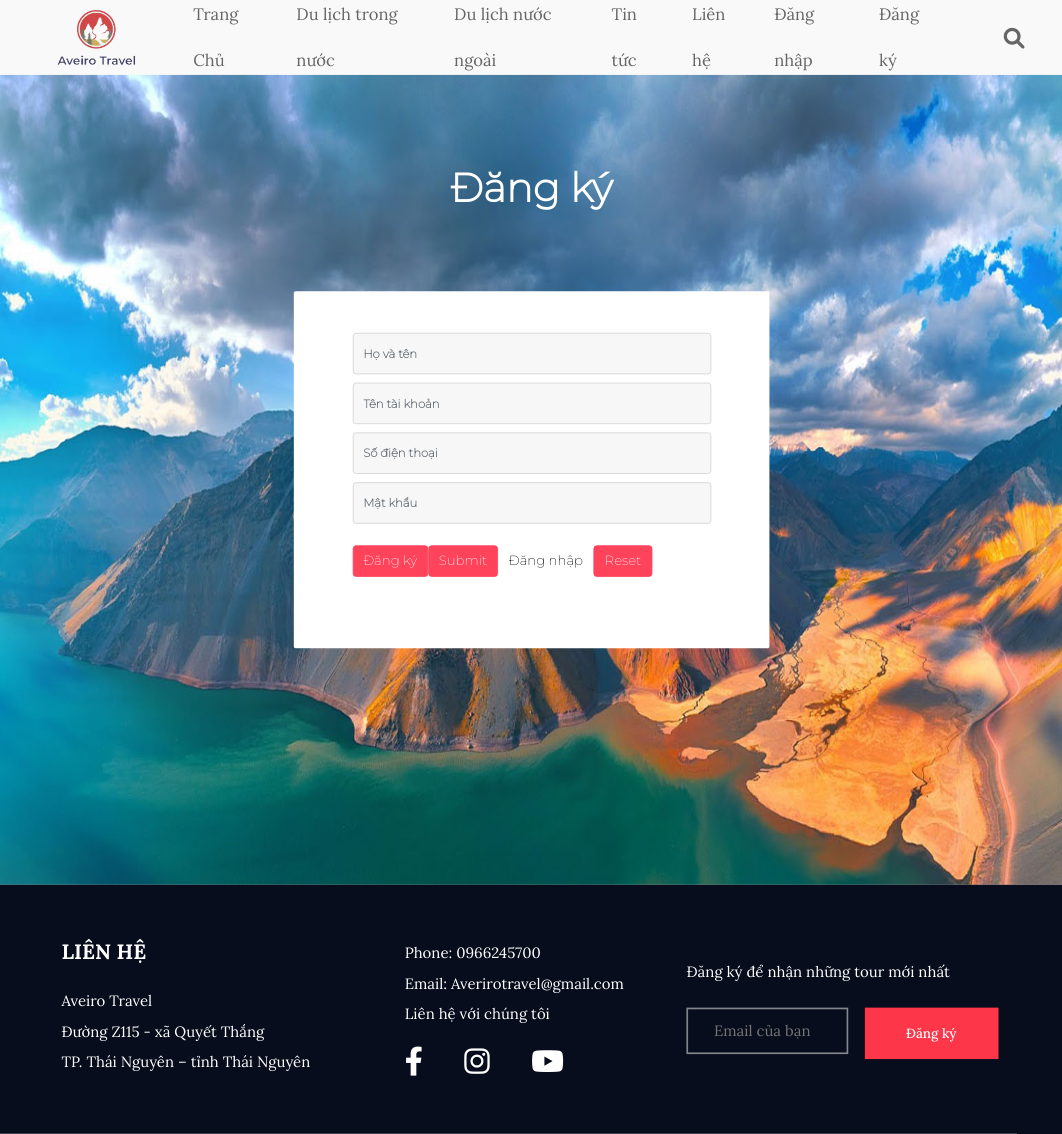
Repository: tuan842001/demotest
Page: /register
An editor plug-in stored every save of this project. The page is shown before and after the next save, followed by the edit.
The browser window is 1280 px wide. The pictures show the whole page, at 83% of full size.
The project was rebuilt for these pictures with package versions that can differ from the ones it lists, and the page was loaded fresh each time. Also part of the build but not shown: src/components/header/header.css, src/components/header/Header.jsx, src/components/top/top.css, src/components/top/Top.jsx, src/components/post/post.css, src/components/post/Post.jsx, src/components/intourPost/intourPost.css, src/components/intourPost/IntourPost.jsx and 15 more.

Above is the page before, as saved 2021-10-15 10:20:23.

### public/index.html
<!DOCTYPE html>
<html lang="en">
  <head>
    <meta charset="utf-8" />
    <link rel="icon" href="%PUBLIC_URL%/favicon.ico" />
    <meta name="viewport" content="width=device-width, initial-scale=1" />
    <meta name="theme-color" content="#000000" />
    <meta name="description" content="Web site created using create-react-app"/>
    <link href="https://fonts.googleapis.com/css2?family=Lora:wght@400;500;600;700&display=swap" rel="stylesheet">
    <link rel="stylesheet" href="https://cdnjs.cloudflare.com/ajax/libs/font-awesome/6.0.0-beta2/css/all.min.css" integrity="sha512-YWzhKL2whUzgiheMoBFwW8CKV4qpHQAEuvilg9FAn5VJUDwKZZxkJNuGM4XkWuk94WCrrwslk8yWNGmY1EduTA==" crossorigin="anonymous" referrerpolicy="no-referrer" />
    <link href="https://fonts.googleapis.com/css2?family=Lora:ital,wght@1,700&family=Montserrat:wght@200&display=swap" rel="stylesheet">
    <link href="https://cdn.jsdelivr.net/npm/bootstrap@5.1.3/dist/css/bootstrap.min.css" rel="stylesheet" integrity="sha384-1BmE4kWBq78iYhFldvKuhfTAU6auU8tT94WrHftjDbrCEXSU1oBoqyl2QvZ6jIW3" crossorigin="anonymous">
    <title>Aveiro Travel</title>
  </head>
  <body>
    <noscript>You need to enable JavaScript to run this app.</noscript>
    <div id="root"></div>
  </body>
</html>

### src/App.js
import Home from './pages/home/Home';
import Intour from './pages/intour/Intour';
import Login from './pages/login/Login';
import Register from './pages/register/Register';
import TopBar from './components/topbar/TopBar';
import Bottombar from "./components/bottombar/Bottombar";
import "./app.css"
import {
  BrowserRouter as Router,
  Switch,
  Route,
  Link
} from "react-router-dom";


function App() {
  const user = false;
  return (
    <Router>
    <TopBar />
      <Switch>
        <Route path="/register">
          <Register />
        </Route>
        <Route path="/login">
          <Login />
        </Route>
        <Route path="/intour">
          <Intour />
        </Route>
        <Route path="/">
          <Home />
        </Route>
      </Switch>
    </Router>
  );
}

export default App;

### src/pages/register/Register.jsx
import "./register.css";
import { Link } from "react-router-dom";
import Bottombar from "../../components/bottombar/Bottombar";

export default function Register() {
  return (
    <>
      <div className="register">
        <img className="loginImg" src="./assets/images/register2.jpg" alt="" />
        <div className="container">
          <div className="row">
            <div className="col-md-12">
              <div className="loginContent">
                <div className="loginContentInner">
                  <div className="loginTitle">Đăng ký</div>
                </div>
              </div>
            </div>
            <div className="col-md-12">
              <div className="loginFrom">
                <div className="loginMain">
                  <form id="Login" method="post">
                    <div class="form-group">
                      <input
                        type="text"
                        class="form-control loginform"
                        value=""
                        id="inputEmail"
                        name="name"
                        placeholder="Họ và tên"
                      />
                    </div>
                    <div className="form-group">
                      <input
                        name="email"
                        type="email"
                        className="form-control loginform"
                        id="inputUsername"
                        placeholder="Tên tài khoản"
                      />
                    </div>
                    <div class="form-group">
                      <input
                        type="text"
                        value=""
                        class="form-control loginform"
                        id="inputEmail"
                        name="sdt"
                        placeholder="Số điện thoại"
                      />
                    </div>
                    <div className="form-group">
                      <input
                        name="password"
                        type="password"
                        className="form-control loginform"
                        id="inputPassword"
                        placeholder="Mật khẩu"
                      />
                    </div>

                    <button
                      class="btn btn-primary"
                      name="action"
                      value="add-khachhang"
                      id="add-tour"
                      type="submit"
                    >
                      <i class="la la-check"></i>Đăng ký
                    </button>
                    <input
                      class="btn btn-primary"
                      type="submit"
                      value="Submit"
                    />

                    <button class="btn btn-gradient-01">
                      <Link style={{ color: "#000" }} to="/login">
                        Đăng nhập
                      </Link>
                    </button>
                    <input class="btn btn-primary" type="reset" value="Reset" />
                  </form>
                </div>
              </div>
            </div>
          </div>
        </div>
      </div>
      <Bottombar />
    </>
  );
}

### src/components/topbar/TopBar.jsx
import { Link } from "react-router-dom";
import React from "react";
import "./topbar.css";

export default function TopBar() {
  const user = false;
  return (
    <div className="top">
      <div className="topLeft">
        <img
          className="topImg"
          src="./assets/images/logoAveiroTravel.png"
          alt=""
        />
      </div>
      <div className="topCenter">
        <ul className="topList">
          <li className="topListItem">
            <Link
              style={{
                textDecoration: "none",
                color: "inherit",
                fontsize: "20px",
              }}
              to="/"
            >
              Trang Chủ
            </Link>
          </li>
          <li className="topListItem">
            <Link
              style={{
                textDecoration: "none",
                color: "inherit",
                fontsize: "20px",
              }}
              to="/intour"
            >
              Du lịch trong nước
            </Link>
          </li>
          <li className="topListItem">
            <Link
              style={{
                textDecoration: "none",
                color: "inherit",
                fontsize: "20px",
              }}
              to="/intour"
            >
              Du lịch nước ngoài
            </Link>
          </li>
          <li className="topListItem">
            <Link
              style={{
                textDecoration: "none",
                color: "inherit",
                fontsize: "20px",
              }}
              to="/intour"
            >
              Tin tức
            </Link>
          </li>
          <li className="topListItem">
            <Link
              style={{
                textDecoration: "none",
                color: "inherit",
                fontsize: "20px",
              }}
              to="/intour"
            >
              Liên hệ
            </Link>
          </li>
          <li className="topListItem">
            <Link
              style={{
                textDecoration: "none",
                color: "inherit",
                fontsize: "20px",
              }}
              to="/login"
            >
              Đăng nhập
            </Link>
          </li>
          <li className="topListItem">
            <Link
              style={{
                textDecoration: "none",
                color: "inherit",
                fontsize: "20px",
              }}
              to="/register"
            >
              Đăng ký
            </Link>
          </li>
        </ul>
      </div>
      <div className="topRight">
        <i className="topSearchIcon fas fa-search"></i>
      </div>
    </div>
  );
}

### src/components/bottombar/Bottombar.jsx
import "./bottombar.css";

export default function Bottombar() {
  return (
    <div className="bottombar">
      <div className="bottomLeft">
        <span className="bottomTitle">LIÊN HỆ</span>
        <span className="bottomText">Aveiro Travel</span>
        <span className="bottomText">Đường Z115 - xã Quyết Thắng</span>
        <span className="bottomText">TP. Thái Nguyên – tỉnh Thái Nguyên</span>
      </div>
      <div className="bottomCenter">
        <span className="bottomText">Phone: 0966245700</span>
        <span className="bottomText">Email: Averirotravel@gmail.com</span>
        <span className="bottomText">
          Liên hệ với chúng tôi <i></i>
        </span>
        <div className="bottomItem">
          <i className="bottomIcon fab fa-facebook-f"></i>
          <i className="bottomIcon fab fa-instagram"></i>
          <i className="bottomIcon fab fa-youtube"></i>
        </div>
      </div>
      <div className="bottomRight">
        <span className="bottomText">Đăng ký để nhận những tour mới nhất</span>
        <div className="bottomSubscribe">
          <input
            type="email"
            id="bottom_input"
            className="bottom_input"
            placeholder="Email của bạn"
          />
          <button type="submit" id="bottom_button" class="bottom_button">
            Đăng ký
          </button>
        </div>
      </div>
    </div>
  );
}

### src/app.css
*{
    margin: 0;
    padding: 0;
    -webkit-font-smoothing: antialiased;
    -webkit-text-shadow: rgba(0,0,0,.01) 0 0 1px;
    text-shadow: rgb(0 0 0 / 1%) 0 0 1px;
}
body{
    font-family: 'Montserrat', sans-serif;
    font-size: 14px;
    font-weight: 400;
    background: #FFFFFF;
    color: #131a2f;
}
ul{
    list-style: none;
    margin-bottom: 0px;
}
a{
    display: block;
    font-size: 16px;
    font-weight: 500;
    line-height: 56px;
    text-decoration: none;
    background-color: transparent;
}
.container{
    width: 100%;
    padding-right: 15px;
    padding-left: 15px;
    margin-right: auto;
    margin-left: auto;
    position: relative;
}
.row{
    display: -ms-flexbox;
    display: flex;
    -ms-flex-wrap: wrap;
    flex-wrap: wrap;
    padding-top: 40px;
    padding-bottom: 65px;
    margin-left: calc(50% - 585px);
    margin-right: calc(50% - 585px);
}
.col{
    -ms-flex-preferred-size: 0;
    flex-basis: 0;
    -ms-flex-positive: 1;
    flex-grow: 1;
    max-width: 100%;
}
.sectionTitle{
    padding-top: 30px;
    line-height: 1.1;
    font-size: 40px;
    font-weight: 300;
    text-align: center!important;

}
.sectionTitle div {
    font-size: 16px;
    font-weight: 600;
    color: #7d8293;
    text-transform: uppercase;
    margin-top: 19px;
}
img{
    vertical-align: middle;
    border-style: none;
}
div{
    display: block;
    position: relative;
    -webkit-box-sizing: border-box;
    -moz-box-sizing: border-box;
    box-sizing: border-box;
}


.dropdown-content {
    display: none;
    position: absolute;
    right: 0;
    top: 100%;
    margin: 0;
    width: 100%;
    background: #FFFFFF;

    z-index: 1;
    box-shadow: 0 15px 25px rgb(63 78 100 / 15%);
}

.dropdown:hover .dropdown-content {
    display: block;
}
.btn-primary {
    color: #fff;
    background-color: #fe435b;
    border-color: #fe435b;
    font-weight: 500;
}

### src/pages/login/login.css
.loginImg{
    position: absolute;
    top: 0;
    left: 0;
    width: 100%;
    height: 100%;
    background-repeat: no-repeat;
    background-size: cover;
    background-position: center center;
}
.loginContent{
    width: 100%;
    height: 401px;
    top: -15%;
}
.loginTitle{
    font-size: 48px;
    font-weight: 700;
    color: #FFFFFF;
    text-align: center;
}
.loginContentInner{
    position: absolute;
    top: 30%;
    left: 0;
    width: 100%;
    text-align: left;
}
.loginForm{
    text-align: center;
}
.loginMain{
    background: #ffffff none repeat scroll 0 0;
    border-radius: 2px;
    margin: 10px auto 30px;
    max-width: 50%;
    padding: 50px 70px 70px 71px;
    bottom: 190px;
}
.form-group{
    margin-bottom: 10px;
}
.loginform{
    background: #f7f7f7 none repeat scroll 0 0;
    border: 1px solid #d4d4d4;
    border-radius: 4px;
    font-size: 14px;
    height: 50px;
    line-height: 50px;
    font-weight: 700;
}
.forgot {
    text-align: left;
    margin-bottom: 30px;
}
.forgot a {
    font-weight: 700;
    color: #777777;
    font-size: 14px;
    text-decoration: underline;
}
.login-form {
    background: #fe435b none repeat scroll 0 0;
    border-color: #fe435b;
    color: #ffffff;
    font-size: 14px;
    width: 100%;
    height: 50px;
    line-height: 50px;
    padding: 0;
    font-weight: 700;
}

### src/components/topbar/topbar.css
.top{
    width: 100%;
    height: 90px;
    background-color: #f9f9f9;
    position: sticky;
    top: 0;
    display: flex;
    align-items: center;
    font-family: 'Lora', serif;
    color: #666;
    z-index: 999;
}

.topLeft{
    flex: 2;
    display: flex;
    align-items: center;
    justify-content: center;
}
.topCenter{
    flex: 8;
}
.topRight{
    flex: 1;
    display: flex;
    align-items: center;
    justify-content: center;
}
.topImg{
    width: 140px;
    height: 140px;
    object-fit: cover;
}
.topList{
    display: flex;
    justify-content: end;
    margin: 0;
    padding: 0;
    list-style: none;
}
.topListItem{
    margin-right: 40px;
    font-size: 20px;
    font-weight: 400;
    cursor: pointer;
}
.topListItem a {
    font-size: 20px;
    font-weight: 400;
}
.topSearchIcon{
    font-size: 25px;
    color: #666;
    cursor: pointer;
}

### src/components/bottombar/bottombar.css
.bottombar{
    width: 100%;
    height: 300px;
    background-color: #080d1d;
    display: flex;
    align-items: center;
    font-family: 'Lora', serif;
    color: #fff;
    font-size: 18px;
    position: absolute;
}
.bottomLeft, .bottomCenter {
    flex: 3;
    display: flex;
    flex-direction: column;
    justify-content: center;
    margin-left: 74px;
}

.bottomRight{
    flex: 4;
    display: flex;
    flex-direction: column;
    justify-content: center;
}
.bottomTitle{
    font-size: 25px;
    font-weight: 700;
    margin-bottom: 25px;
}
.bottomText{
    margin-bottom: 10px;
}
.bottomIcon{
    font-size: 35px;
    margin-top: 15px;
    margin-right: 50px;
    cursor: pointer;
}
.bottomSubscribe{
    display: flex;
    margin-top: 20px;
}
.bottom_input{
    width: calc(65% - 100px);
    height: 56px;
    border: solid 2px rgba(255,255,255,0.5);
    outline: none;
    background: transparent;
    padding-left: 31px;
    color: #FFFFFF;
}
.bottom_button{
    width: 161px;
    height: 62px;
    vertical-align: top;
    cursor: pointer;
    border: none;
    outline: none;
    background: #fe364a;
    color: #FFFFFF;
    font-size: 16px;
    margin-left: 20px;
    font-weight: 500;
    -webkit-transition: all 200ms ease;
    -moz-transition: all 200ms ease;
    -ms-transition: all 200ms ease;
    -o-transition: all 200ms ease;
    transition: all 200ms ease;
}

Loaded but not shown: src/index.js (common file); src/pages/intour/intour.css (no stored copy; drawn as an empty file)

After the next save:
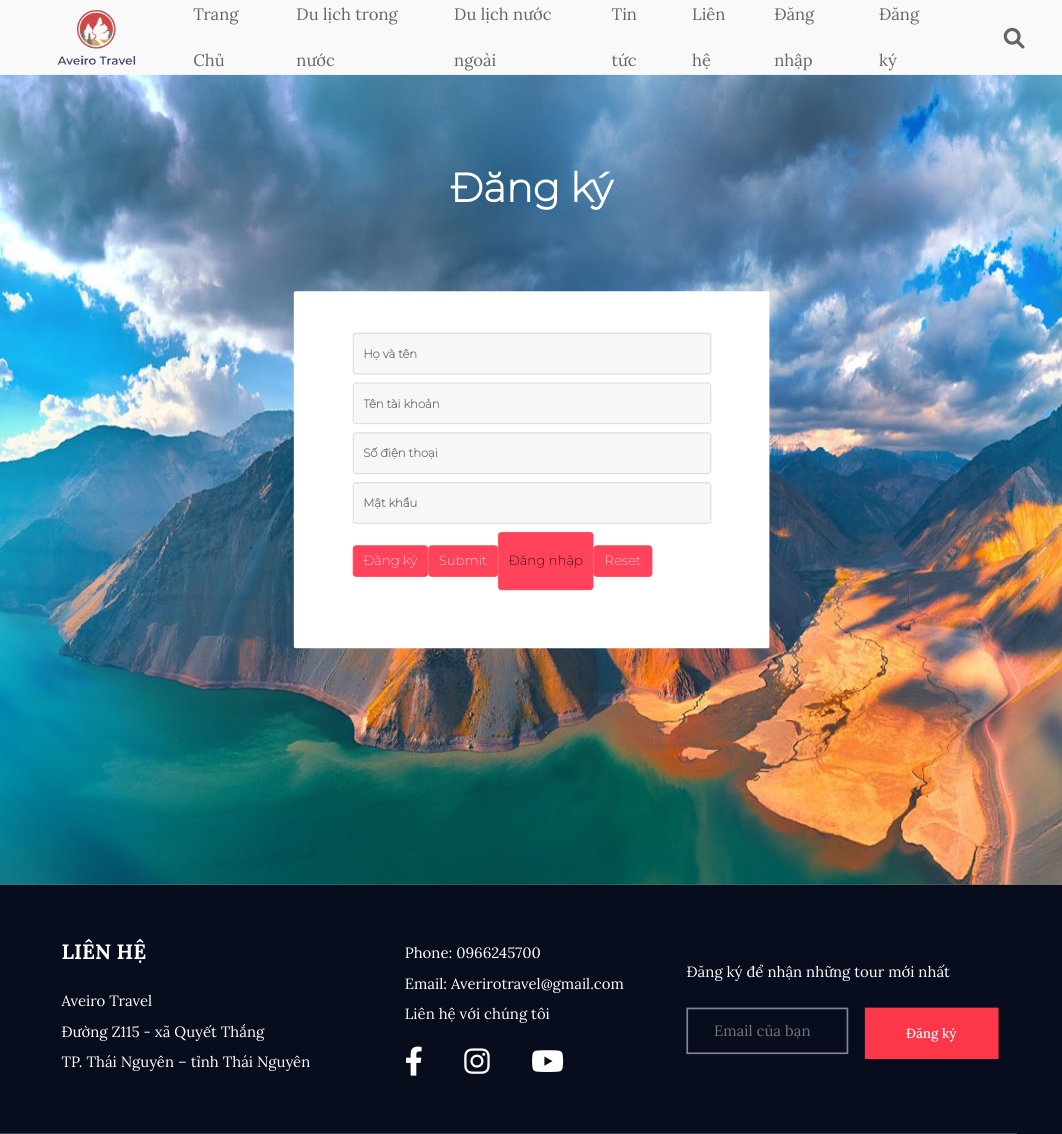
Saved 30 s later.
--- a/src/pages/register/Register.jsx
+++ b/src/pages/register/Register.jsx
@@ -74,7 +74,7 @@
                       value="Submit"
                     />
 
-                    <button class="btn btn-gradient-01">
+                    <button class="btn btn-primary">
                       <Link style={{ color: "#000" }} to="/login">
                         Đăng nhập
                       </Link>
